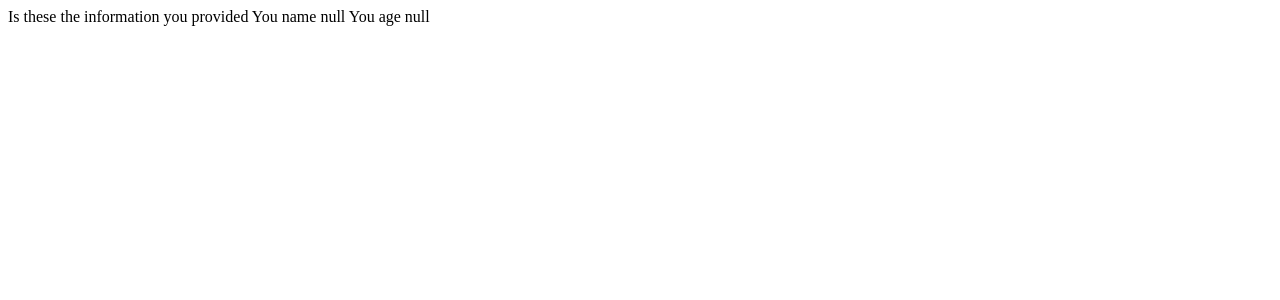
Repository: Trailblazer-dev/Academic-Trip-Booking-System
Page: http://localhost/Demo/Welcome.jsp
The author's editor kept a copy of each file at every save. The page is drawn from the files as they stood at one save, then again after the next save.
The browser window is 1280 px wide. The pictures show the whole page.
The page is served by Tomcat 9.

Above is the page before, as saved 2025-02-20 02:14:13.

After the next save:
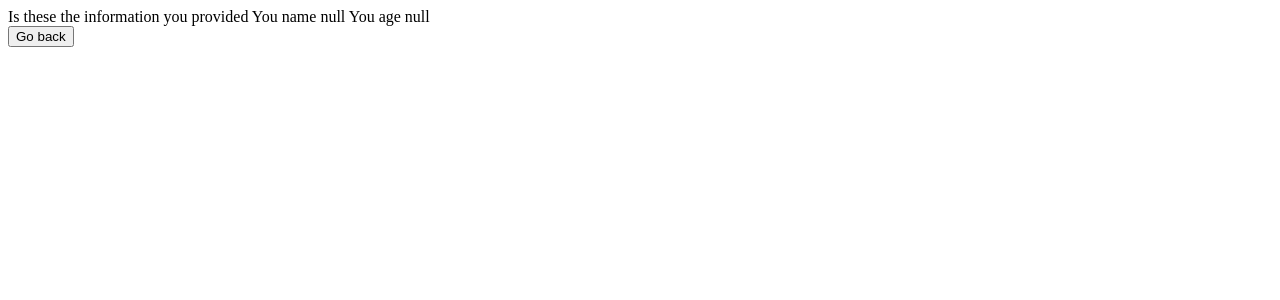
Saved 2 min 0 s later.
--- a/Demo/src/main/webapp/Welcome.jsp
+++ b/Demo/src/main/webapp/Welcome.jsp
@@ -28,6 +28,8 @@
 		</tr>
 
 	</tbody>
-
+	<form action="Welcome.html" method="post">
+	<input type="submit" value="Go back" >
+	</form>
 </body>
 </html>
